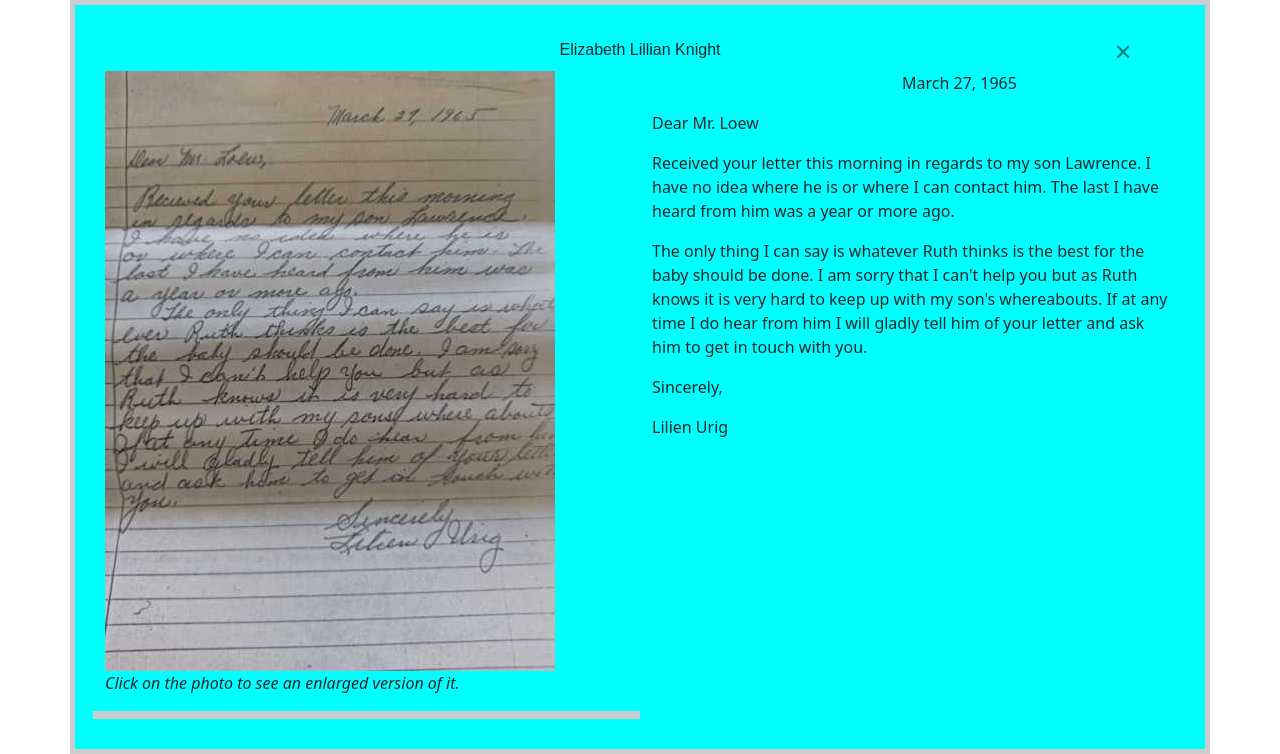
Repository: George2916/GreensladeFamilyTree
Page: photoDocsElizabethLillianKnight.html
The author's editor kept a record of every edit. The page is drawn from the files as they stood at one moment, then again after the next edit.
The browser window is 1280 px wide. The pictures show the whole page.

Above is the page before.

### photoDocsElizabethLillianKnight.html
<!doctype html>
<html lang="en">
<head>

    <meta charset="utf-8">
    <meta http-equiv="X-UA-Compatible" content="IE-edge">
    <meta name="viewport" content="width=device-width, initial-scale=1">
    <!--[if lt IE 9]
        <script src="https://oss.maxcdn.com/html5shiv/3.7.2/html5shiv.min.js"></script>
        <script src="https://oss.maxcdn.com/respond/1.4.2/respond.min.js"></script>
    <![endif]-->

    <link rel="stylesheet" type="text/css" href="css/bootstrap.css">
    <link rel="stylesheet" type="text/css" href="css/myStyle.css">

 <title>Elizabeth Lillian Knight - Documents</title>

</head>
<body>

<div class="container background">

     <div class="row">

        <div class="col-1" >
        </div>

        <div class="col-10">
            <h6 id="headingZZZ">Elizabeth Lillian Knight</h6>
        </div>

  		<div class="col-1">
  		    <button onclick="goingBack()" id="btn-ZZZ"><!--&times; &#10006;-->&#x2715;</button>
        </div>

    </div>

    <div class="row">

        <div class="col-12 col-md-6 borderBottom">
            <a data-bs-toggle="modal" href="#groupPhotoModal">
             <img class="img-fluid" src="images/letterFromElizabethLillianKnight.jpg"></a>
             <p><i>Click on the photo to see an enlarged version of it.</i></p>
        </div>

        <div class="col-12 col-md-6">
            <p class="indentElizabethLillianKnightDocs">March 27, 1965</p>
            <p>Dear Mr. Loew</p>
            <p>Received your letter this morning in regards to my son Lawrence. I have no idea where he is or where I can contact him. The last I have heard from him was a year or more ago.</p>
            <p>The only thing I can say is whatever Ruth thinks is the best for the baby should be done. I am sorry that I can't help you but as Ruth knows it is very hard to keep up with my son's whereabouts. If at any time I do hear from him I will gladly tell him of your letter and ask him to get in touch with you.</p>
            <p>Sincerely,</p>
            <p>Lilien Urig</p>
        </div>

    </div>

<!--modal-->

<div class="modal fade" id="groupPhotoModal" tabindex="-1" aria-labelledby="groupPhotoLabel" aria-hidden="true">
    <div class="modal-dialog modal-xl modal-Photo">
    <div class="modal-content">
    <div class="modal-header">
    <p class="modal-title"></p>
    <button type="button" class="btn-close" data-bs-dismiss="modal" aria-label="Close"></button>
    </div> <!-- /modal-header -->
    <div class="modal-body borderBottomModalPhoto">
    <img class="img-fluid" src="images/letterFromElizabethLillianKnight.jpg">
    </div><!-- /modal-body -->
    </div> <!-- /modal-content -->
    </div> <!-- /modal-dialog -->
</div> <!-- /modal -->

</div> <!--closes container-->

<script src="js/bootstrap.js"></script>
<script src="js/myJavascript.js"></script>

</body>
</html>

### css/myStyle.css
/*STYLING FOR INDEX.HTML*/

.tree {width: 44500px;}

.George1 {
	background: #00FFFF;
	border: 1px solid #ccc;
	border-radius: 5px;
	-webkit-border-radius: 5px;
	-moz-border-radius: 5px;
	-o-border-radius: 5px;
	color: #666;
	display: inline-block;
	font-family: arial, verdana, tahoma;
	font-size: 11px;
	height: 50px;
	margin-right: -4px;
	text-decoration: none;
	vertical-align: text-bottom;
	width: 180px;
}

.George1 p {text-align: center;}

.George2 {
	background: white;
	display: inline-block;
	font-family: arial, verdana, tahoma;
	font-size: 11px;
	height: 50px;
	margin-right: -4px;
	text-align: center;
	vertical-align: text-bottom;
	width: 180px;
}

.George2 svg {overflow: visible;}

.George3::after {
	content: '';
    position: relative;
    top: 50%;
    border-top: 3px dashed lightblue;
    display: block;
}

.George4 {
	background: white;
	border: 1px solid white;
	color: blue;
	display: inline-block;
	font-family: arial, verdana, tahoma;
	font-size: 13px;
	height: 50px;
	margin-right: -4px;
	padding: 15px;
	text-align: center;
	vertical-align: text-bottom;
	width: 180px;
}

.George5 {position: relative;}

.sticky {
	position: sticky;
	left:0;
	z-index:10;
}

.divorceSign {
	font-size: 225%;
	letter-spacing: -5.5px;
	line-height: 110%;
}

.marriageSign {
	font-size: 225%;
	letter-spacing: -6px;
	line-height: 110%;
}

.marriageSignELKnight {
	font-size: 225%;
	letter-spacing: -6px;
	line-height: 50%;
	padding-bottom: 20px;
}

/*the next 5 divs create the lines to the left and right of GAG, born 1864 and GG, born about 1833*/

.lineGAG1 {
  width: 60px;
  background: #ccc;
  height: 2px;
  display: inline-block;
  margin-bottom: 2.5px;
}

.pointGAG1 {
  width: 0;
  height: 0;
  border-top: 5px solid transparent;
  border-bottom: 5px solid transparent;
  border-left: 10px solid #ccc;
  display: inline-block;
  margin-bottom: -1px;
  margin-right: -4px;
  transform: rotate(180deg);
  -moz-transform: rotate(180deg);
  -o-transform: rotate(180deg);
  -webkit-transform: rotate(180deg);
}

.marriageGAG{
	display: inline-block;
	margin-top: 22px;
}

.lineGAG2 {
  width: 60px;
  background: #ccc;
  height: 2px;
  display: inline-block;
  margin-bottom: 2.5px;
  margin-right: -4px;
}

.pointGAG2 {
  width: 0;
  height: 0;
  border-top: 5px solid transparent;
  border-bottom: 5px solid transparent;
  border-left: 10px solid #ccc;
  display: inline-block;
  margin-bottom: -1px;
}

.upperRight a {
	position: absolute;
	bottom: 102.5%;
	color: #666;
	text-decoration: none;
}

.upperRightArrow {font-size: 125%;}

.docLink {
	color: black;
	text-decoration: none;
}

.docLink:hover {
	color: black;
	font-weight: 500;
	text-decoration: none;
}

.progenyLink {
	color: #666;
	text-decoration: none;
}

/*moreInfoZero used for people with neither birth nor death date, moreInfoOne used for people with one or the other, moreInfoTwo used for people with both*/

.moreInfoZero a {
	position: relative;
	bottom: -16px;
	left: 1px;
	color: #666;
	text-decoration: none;
	z-index: 2;
}

.moreInfoOne a {
	position: relative;
	bottom: 0;
	left: 1px;
	color: #666;
	text-decoration: none;
	z-index: 2;
}

.moreInfoTwo a {
	position: relative;
	bottom: 16px;
	left: 1px;
	color: #666;
	text-decoration: none;
	z-index: 2;
}

.moreInfoZero a:hover, .moreInfoOne a:hover, .moreInfoTwo a:hover, .progenyLink:hover, .upperRight a:hover, .upperRightKo a:hover, .upperRightWestacott a:hover {
	color: black;
	text-decoration: none;
}

.moreInfoArrow {
	font-size: 125%;
}

/* make text of "More Info" and "Pictures(1)" under George Aflred Greenslade, born 1864 smaller when viewed on smaller devices */

@media only screen and (max-width: 435px) {
  #smallFont {font-size: 95%}
}

/*STYLING FOR KO FAMILY TREE*/

.Ktree {width: 1300px;}

.ko1 {
	background: #FF7034;
	border-radius: 5px;
	-webkit-border-radius: 5px;
	-moz-border-radius: 5px;
	-o-border-radius: 5px;
	font-family: 'Itim', arial, verdana;
	font-size: 18px;
	height: 50px;
	margin: 5px 0px 5px 6px;
	padding-top: 10px;
	text-align: center;
	width: 906px;
}

.ko2 {width: 180px;}

.upperRightKo a {
	position: absolute;
	bottom: 77.7%;
	color: #666;
	text-decoration: none;
}

.indentKo {
	padding: 150px;
}

/*STYLING FOR DUFFY, LEO GARCIA, SCHNEIDER AND SIDOROFF FAMILY TREES*/

.duffyTree {width: 3900px;}

.LGtree {width: 1350px;}

.SchnTree {width: 945px;}

.stevensTree {width: 2400px;}

/*.duffy1A - 1C are used to create the colors of the Irish flag on Duffy family tree*/

.duffy1A {
	background: #169B62;
	border-radius: 5px 0px 0px 5px;
	-webkit-border-radius: 5px 0px 0px 5px;
	-moz-border-radius: 5px 0px 0px 5px;
	-o-border-radius: 5px 0px 0px 5px;
	display: inline-block;
	height: 71px;
	margin: 25px -185px -25px 850px;
	width: 600px;
	vertical-align: text-bottom;
}

.duffy1B {
	background: #f0ead6;
	display: inline-block;
	font-family: 'Itim', arial, verdana;
	font-size: 18px;
	height: 50px;
	margin: 5px -2px 5px -2px;
	padding-top: 10px;
	text-align: center;
	/* width: 300px; */
	width: 600px;
	vertical-align: text-bottom;
}

.duffy1C {
	background: #FF883E;
	border-radius: 0px 5px 5px 0px;
	-webkit-border-radius: 0px 5px 5px 0px;
	-moz-border-radius: 0px 5px 5px 0px;
	-o-border-radius: 0px 5px 5px 0px;
	display: inline-block;
	height: 71px;
	margin: 5px 0px -25px -5px;
	width: 600px;
	vertical-align: text-bottom;
}

/*.leoGarcia1A - 1C are used to create the colors of the Peruvian flag on the Leo Garcia family tree*/

.leoGarcia1A {
	background: #D91023;
	border-radius: 5px 0px 0px 5px;
	-webkit-border-radius: 5px 0px 0px 5px;
	-moz-border-radius: 5px 0px 0px 5px;
	-o-border-radius: 5px 0px 0px 5px;
	display: inline-block;
	height: 50px;
	margin: 5px -3px 5px 0px;
	width: 420px;
	vertical-align: text-bottom;
}

.leoGarcia1B {
	background: #f0ead6;
	display: inline-block;
	font-family: 'Itim', arial, verdana;
	font-size: 18px;
	height: 50px;
	margin: 5px -1px 5px -1px;
	padding-top: 10px;
	text-align: center;
	width: 420px;
	vertical-align: text-bottom;
}

.leoGarcia1C {
	background: #D91023;
	border-radius: 0px 5px 5px 0px;
	-webkit-border-radius: 0px 5px 5px 0px;
	-moz-border-radius: 0px 5px 5px 0px;
	-o-border-radius: 0px 5px 5px 0px;
	display: inline-block;
	height: 50px;
	margin: 5px 3px 5px -3px;
	width: 420px;
	vertical-align: text-bottom;
}

.sidoroff1 {
	background: #FF7034;
	border-radius: 5px;
	-webkit-border-radius: 5px;
	-moz-border-radius: 5px;
	-o-border-radius: 5px;
	font-family: 'Itim', arial, verdana;
	font-size: 18px;
	height: 50px;
	margin: 5px 0px 5px 0;
	padding-top: 10px;
	text-align: center;
	width: 1084px;
}

.stevens1 {
	background: #FF7034;
	border-radius: 5px;
	-webkit-border-radius: 5px;
	-moz-border-radius: 5px;
	-o-border-radius: 5px;
	font-family: 'Itim', arial, verdana;
	font-size: 18px;
	height: 50px;
	margin: 5px 0px 5px 720px;
	padding-top: 10px;
	text-align: center;
	width: 904px;
}

/* STYLING FOR MORRISON FAMILY TREE*/

.Mtree {width: 9400px;}

.morrison1 {
	background: #FF7034;
	border-radius: 5px;
	-webkit-border-radius: 5px;
	-moz-border-radius: 5px;
	-o-border-radius: 5px;
	font-family: 'Itim', arial, verdana;
	font-size: 18px;
	height: 50px;
	margin: 5px 0px 5px 2345px;
	padding-top: 15px;
	text-align: center;
	width: 1442px;
}

.indentElizabethLillianKnightDocs {padding-left: 250px;}

/*STYLING FOR WESTACOTT FAMILY TREE*/

.westacott1 {
	background: #FF7034;
	border-radius: 5px;
	-webkit-border-radius: 5px;
	-moz-border-radius: 5px;
	-o-border-radius: 5px;
	font-family: 'Itim', arial, verdana;
	font-size: 18px;
	height: 50px;
	margin: 5px 0px 5px 192px;
	padding-top: 10px;
	text-align: center;
	width: 540px;
}

.upperRightWestacott a {
	position: absolute;
	bottom: 61.5%;
	color: #666;
	text-decoration: none;
}

/*STYLING FOR MODALS*/

.modal-Info > div 	{
  	padding: 0px 20px 0px 20px;
	border: 2px solid #ccc;
	border-radius: 10px;
	-webkit-border-radius: 10px;
	-moz-border-radius: 10px;
	-o-border-radius: 10px;
	background: linear-gradient(#00FFFF, #ccfff2);
	background: -moz-linear-gradient(#00FFFF, #ccfff2);
	background: -webkit-linear-gradient(#00FFFF, #ccfff2);
	background: -o-linear-gradient(#00FFFF, #ccfff2);
 }

@media only screen and (max-width: 500px) {
   #shakespeareQuotes, #poem1, #poem2  {
    font-size: 70%;
  }
}

@media only screen and (max-width: 575px) and (min-width: 501px){
   #shakespeareQuotes, #poem1, #poem2  {
    font-size: 80%;
  }
}

.modal-Photo > div {margin: 10% auto;
 	padding: 5px 20px 13px 20px;
	border: 2px solid #ccc;
	border-radius: 10px;
	-webkit-border-radius: 10px;
	-moz-border-radius: 10px;
	-o-border-radius: 10px;
	background: #00FFFF;
}

.borderBottomModalPhoto {
	border-bottom: 2px solid #0080ff;
}

.modal-header {border-bottom: 2px solid #0080ff;}

.close {
	color: #000;
	font-family: arial, verdana, tahoma;
	font-size: 140%;
	opacity: 0.5;
	position: absolute;
	right: 12px;
	top: 25px;
	text-decoration: none;
	width: 36px;
}

/*modals with tabs*/

.btn-close:focus {
	box-shadow: none;
}

.tabHeading {
	color: #000000 !important;
	/* important is need for color because iphones default color is light blue*/
	border-radius: 100px;
	-webkit-border-radius: 100px;
	-moz-border-radius: 100px;
	-o-border-radius: 100px;
	outline: none !important;
    border: none !important;
	background: #0080ff;
	height: 40px;
	margin: 4px 0px;
	width: 100px;
}

.tabHeading:hover {
	cursor: grab;
	font-weight: 900;
}

.highlightedTab {background: #0000ff;
	border-radius: 100px;
	-webkit-border-radius: 100px;
	-moz-border-radius: 100px;
	-o-border-radius: 100px;
	font-weight: 700;
}

.highlightedTab:focus {
	outline: none !important;
    border: none !important;
}

/*STYLING FOR PHOTO[NAME].HTML AND PHOTODOCS[NAME].HTML */

@media only screen and (max-width: 576px) {
  .col-12 > p, .col-12 > div > p, .carousel-item > p  {font-size: 85%}
}

.img-responsive {
	max-width: 100%;
	height: auto;
	display: block;
}

.borderBottom {border-bottom: 8px solid #ccc;}

.pic-back {display: none;}

.background {background: #00FFFF;
	border: 5px solid #ccc;
	padding: 30px;
}

.center {text-align: center;}

.hover:hover {
	cursor: grab;
}

.heading {
	font-family: arial, verdana, tahoma;
	text-align: center;
}

/*the next 6 items create the styling for the button at the top of photo[name].html, photoDocs[name].html and carouselGeorgeAlfredGreensladeII.html*/

#headingZZZ {
	font-family: arial, verdana, tahoma;
	padding-top: 5px;
 	text-align: center;
}

#btn-ZZZ {
 	background: #00FFFF;
	border-style: hidden;
	color: #000;
	font-family: arial, verdana, tahoma;
	font-size: 140%;
	opacity: 0.5;
}

#btn-AAA {
	background: #9B533B;
	border-style: hidden;
	color: #000;
	font-family: arial, verdana, tahoma;
	font-size: 140%;
	opacity: 0.5;
}

#btn-ZZZ:hover {
	cursor: grab;
	opacity: 1.0;
}

#btn-AAA:hover {
	background: #00FFFF;
	cursor: grab;
	opacity: 1.0;
}

@media only screen and (max-width: 575px) {
   #headingZZZ {
    font-size: 85%;
  }

  #btn-ZZZ, #btn-AAA:hover {
  	font-size: 100%;}
}

/* STYLING FOR photoRichardGreenslade.html */

.noDisplay {
	visibility: hidden;
}

/*STYLING FOR photoWayneKnight.html*/

@media only screen and (min-device-width: 300px) {
  .wayneKnightPhoto {
    height: 170px;
    width: auto;
  }
}

@media only screen and (min-device-width: 350px) {
  .wayneKnightPhoto {
    height: 200px;
    width: auto;
  }
}

@media only screen and (min-device-width: 440px) {
  .wayneKnightPhoto {
    height: 260px;
    width: auto;
  }
}

@media only screen and (min-device-width: 500px) {
  .wayneKnightPhoto {
    height: 290px;
    width: auto;
  }
}

@media only screen and (min-device-width: 576px) {
  .wayneKnightPhoto {
    height: 320px;
    width: auto;
  }
}

@media only screen and (min-device-width: 768px) {
  .wayneKnightPhoto {
    height: 190px;
    width: auto;
  }
}

@media only screen and (min-device-width: 992px) {
  .wayneKnightPhoto {
    height: 250px;
    width: auto;
  }
}

@media only screen and (min-device-width: 1200px) {
  .wayneKnightPhoto {
    height: 320px;
    width: auto;
  }
}

@media only screen and (min-device-width: 1400px) {
  .wayneKnightPhoto {
    height: 350px;
    width: auto;
  }
}

/*STYLING FOR carouselGeorgeGreensladeII.html and photoDocs[name].html for BelleHinks, CarolinaVirginiaGreenslade and GeorgeGreensladeBorn1864*/

@media only screen and (min-width: 992px) {
	.BHcarousel-indicators {
		padding-bottom: 40px;
}
}

@media only screen and (min-width: 350px) {
	.GAGIcarousel-indicators {
		padding-bottom: 90px;
}
}

@media only screen and (min-width: 400px) {
	.GAGIcarousel-indicators {
		padding-bottom: 70px;
}
}

@media only screen and (min-width: 450px) {
	.GAGIcarousel-indicators {
		padding-bottom: 50px;
}
}

@media only screen and (min-width: 500px) {
	.GAGIcarousel-indicators {
		padding-bottom: 40px;
}
}

.carouselContainerGG {
	background: #9B533B;
	border: 4px solid #ccc;
	border-radius: 10px;
	-webkit-border-radius: 10px;
	-moz-border-radius: 10px;
	-o-border-radius: 10px;
}

@media only screen and (max-width: 767px) {
	.carouselGG {
		height: 400px;
		width: 100%;
		object-fit: contain;
}
}

@media only screen and (min-width: 768px) {
	.carouselGG {
		height: 500px;
		width: 100%;
		object-fit: contain;
}
}

@media only screen and (min-width: 992px) {
	.carouselGG {
		height: 700px;
		width: 100%;
		object-fit: contain;
}
}

.d-none {color: #FF7034;}

.carousel-indicators {filter: invert(100%);}

.carousel-control-prev-icon, .carousel-control-next-icon {filter: invert(100%); background-color:red;} /*background-color:red somehow changes the color of the left and righ arrows to something close to #00FFFF*/


.carousel .carousel-indicators button {
   	width: 10px;
  	height: 10px;
  	border-radius: 100%;
  	color: red;
}

/*STYLING FOR NAVBAR*/

.navbar {
	background: #FF7034;
	border-radius: 5px;
	-webkit-border-radius: 5px;
	-moz-border-radius: 5px;
	-o-border-radius: 5px;
	display: inline-block;
	font-family: arial, verdana, tahoma;
	margin: 5px 0px 5px 180px;
	width: 1628px;
}

.navbarDuffy {
	background: #f0ead6;
	border-radius: 5px;
	-webkit-border-radius: 5px;
	-moz-border-radius: 5px;
	-o-border-radius: 5px;
	display: inline-block;
	font-family: arial, verdana, tahoma;
	margin: 5px 0px 25px 180px;
	width: 600px;
}

.navbar-brand {
	font-family: 'Itim', arial, verdana;
}

.nav-item:hover {
	background: #FFB697;
	border-radius: 5px;
	-webkit-border-radius: 5px;
	-moz-border-radius: 5px;
	-o-border-radius: 5px;
}

.dropdown-menu {
	border: 2px solid #ccc;
	border-radius: 10px;
	-webkit-border-radius: 10px;
	-moz-border-radius: 10px;
	-o-border-radius: 10px;
	background: linear-gradient(#00FFFF, #ccfff2);
	background: -moz-linear-gradient(#00FFFF, #ccfff2);
	background: -webkit-linear-gradient(#00FFFF, #ccfff2);
	background: -o-linear-gradient(#00FFFF, #ccfff2);
}

.dropdown-item:hover {
	background: #00FFFF;
	border-radius: 15px;
	-webkit-border-radius: 5px;
	-moz-border-radius: 5px;
	-o-border-radius: 5px;
}

.dropdown-item:active {background-color: #00FFFF;
	color:black;
}
.dropdown-item:visited {background-color: #00FFFF;}

.georgeNB1 {
	display: inline-block;
	height: 50px;
	vertical-align: text-bottom;
	width: 5160px;
}

.indentShakespeare1 {padding-left: 20px;}

.indentShakespeare2 {padding-left: 25px;}

@media only screen and (max-width: 575px) {
   .indentShakespeare1 {
    padding-left: 0;
  }
}


/*STYLING IN SVG IN GREENSLADE FAMILY TREE*/

#thomasAndElizabethGreenslade::after, #georgeAndRhodaGreenslade::after {
	content: 'three \00a0\00a0\00a0 children';
    position: relative;
   	left: 6px;
   	top: -41px;
    color: #666;
    display: block;
}

#georgeAndMatildaGreenslade::after {
	content: 'four \00a0\00a0\00a0 children';
    position: relative;
   	left: 9px;
   	top: -41px;
    color: #666;
    display: block;
}

#maudeAndOtisBurnett::after {
	content: 'five \00a0\00a0\00a0 children';
    position: relative;
   	left: 9px;
   	top: -41px;
    color: #666;
    display: block;
}

#johnAndJaneGreenslade::after {
	content: 'nine \00a0\00a0\00a0 children';
    position: relative;
   	left: 9px;
   	top: -41px;
    color: #666;
    display: block;
}

#georgeAndAliceGreenslade::after {
	content: 'eight \00a0\00a0\00a0 children';
    position: relative;
   	left: 7px;
   	top: -41px;
    color: #666;
    display: block;
}

#georgeAndJaneGreenslade::after, #georgeAndEvaGreenslade::after, #elizabethAndFrederickSteer::after {
	content: 'six \00a0\00a0\00a0 children';
    position: relative;
   	left: 12px;
   	top: -41px;
    color: #666;
    display: block;
}

/*STYLING FOR realtionFinderModal AND poesyModal*/

.relationFinderButton {
	display: inline-block;
	vertical-align: text-bottom;
	line-height: 100%;
}

table {
  border-collapse: collapse;
  width: 100%;
}

th {
  border: 2px solid #ccc;
}

td {
	border: 2px solid #ccc;
	font-size: 90%;}

.tableHeading3 {font-size: 90%;
	font-weight: normal;
}
.firstColumn, .secondColumn {vertical-align: text-top;}

.thirdColumn {text-align: center;}

/*STYLING FOR MODALS FOR JOSEPH EUGENE WALSH, JONATHAN EDWARD GREENSLADE, RICHARD MICHAEL SIDOROFF, ANNIE MAY KNIGHT, ALBERT JAYNES MORRISON, JR.*/
/*STYLING FOR PHOTODOCS OF BESSIE GREENSLADE*/

.zoomA, .zoomB, .zoomC, .zoomC-1, .zoomE {margin: 0;}

@media only screen and (min-width: 768px) {

	.zoomA:hover {
		cursor: grab;
	  	transform: scale(2.0);
	  	transform-origin: left top;

	  	width: 600px;
	  	height: auto;
	  	/* ease | ease-in | ease-out | linear */
	 	transition: transform ease-in-out 0.1s;
	}

	.zoomA-1:hover {
		cursor: grab;
	  	transform: scale(1.0);
	  	transform-origin: left top;

	  	width: 600px;
	  	height: auto;
	  	/* ease | ease-in | ease-out | linear */
	 	transition: transform ease-in-out 0.1s;
	}

	.zoomB:hover {
		cursor: grab;
	  	transform: scale(2.5);
	  	transform-origin: left top;

	  	width: 600px;
	  	height: auto;
	  	/* ease | ease-in | ease-out | linear */
	 	transition: transform ease-in-out 0.1s;
	}

	.zoomC:hover {
		cursor: grab;
	  	transform: scale(3.5);
	  	transform-origin: top;

	  	width: 600px;
	  	height: auto;
	  	/* ease | ease-in | ease-out | linear */
	 	transition: transform ease-in-out 0.1s;
	}

	.zoomD:hover {
		cursor: grab;
	  	transform: scale(2.5);
	  	transform-origin: bottom;

	  	width: 600px;
	  	height: auto;
	  	/* ease | ease-in | ease-out | linear */
	 	transition: transform ease-in-out 0.1s;
	}

	.zoomE:hover {
		cursor: grab;
	  	transform: scale(3.5);
	  	transform-origin: left top;

	  	width: 600px;
	  	height: auto;
	  	/* ease | ease-in | ease-out | linear */
	 	transition: transform ease-in-out 0.1s;
	}

}

@media only screen and (max-width: 767px) {

	.zoomC-2 {display: none;}
}

/*STYLING FOR TOOLTIP ON MEAHAL DUFFY*/

.meahal {
	display: inline-block;
}
.meahal a {
	color: #666;
	text-decoration: none;
}

.meahal a:hover {
	color: black;
	text-decoration: none;
}

/*STYLING FOR GAGii MODAL*/

.modalIndent {
	margin-left: 15px;
}

Loaded but not shown: css/bootstrap.css (library); js/bootstrap.js (library); js/myJavascript.js (252 lines, source omitted)

After the next edit:
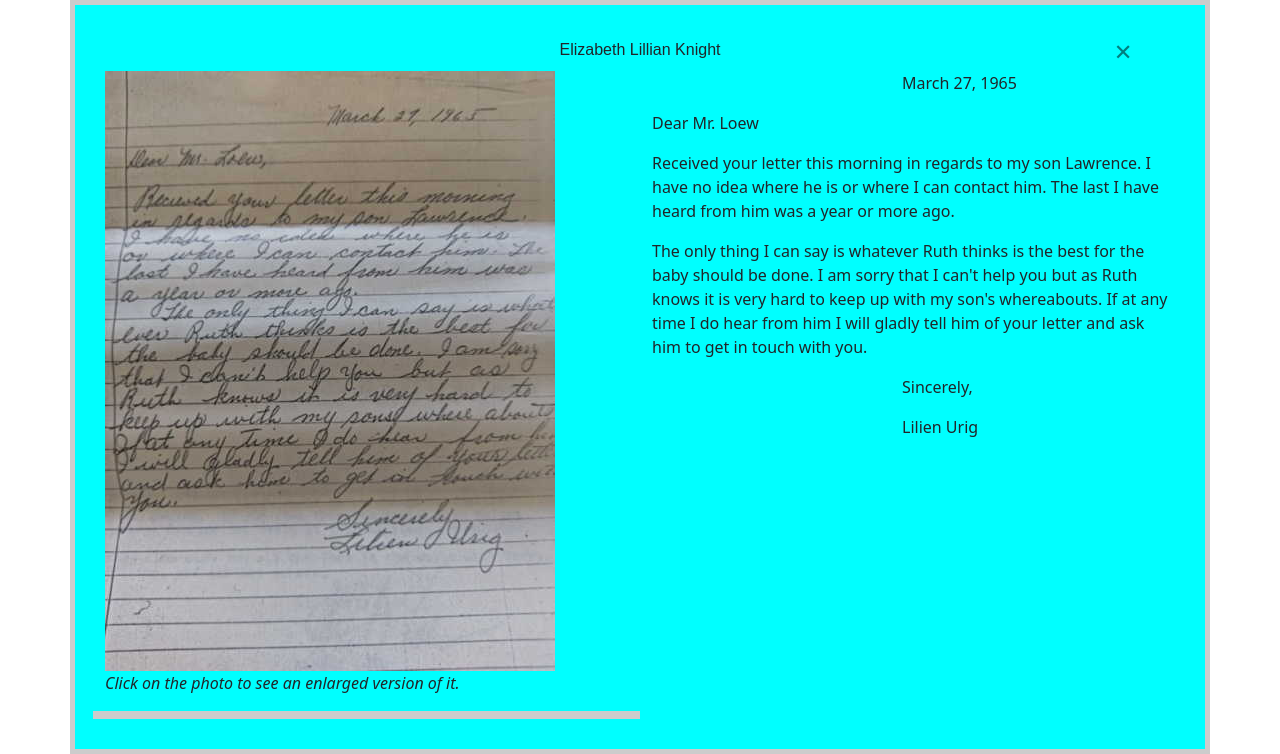
The edit:
--- a/photoDocsElizabethLillianKnight.html
+++ b/photoDocsElizabethLillianKnight.html
@@ -48,8 +48,8 @@
             <p>Dear Mr. Loew</p>
             <p>Received your letter this morning in regards to my son Lawrence. I have no idea where he is or where I can contact him. The last I have heard from him was a year or more ago.</p>
             <p>The only thing I can say is whatever Ruth thinks is the best for the baby should be done. I am sorry that I can't help you but as Ruth knows it is very hard to keep up with my son's whereabouts. If at any time I do hear from him I will gladly tell him of your letter and ask him to get in touch with you.</p>
-            <p>Sincerely,</p>
-            <p>Lilien Urig</p>
+            <p class="indentElizabethLillianKnightDocs">Sincerely,</p>
+            <p class="indentElizabethLillianKnightDocs">Lilien Urig</p>
         </div>
 
     </div>
